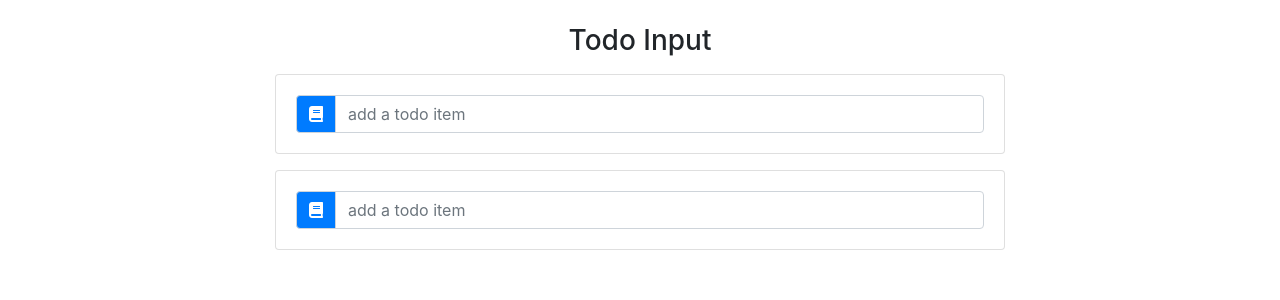
Repository: TomoyaKuroda/React-Simple-Todo-App
Page: /
An editor plug-in stored every save of this project. The page is shown before and after the next save, followed by the edit.
The browser window is 1280 px wide. The pictures show the whole page.
Some web libraries are served in a nearby version. The project was rebuilt for these pictures with package versions that can differ from the ones it lists, and the page was loaded fresh each time.

Above is the page before, as saved 2018-12-06 22:06:10.

### public/index.html
<!DOCTYPE html>
<html lang="en">

  <head>
    <meta charset="utf-8">
    <link rel="shortcut icon" href="%PUBLIC_URL%/favicon.ico">
    <meta name="viewport" content="width=device-width, initial-scale=1, shrink-to-fit=no">
    <meta name="theme-color" content="#000000">
    <!-- manifest.json provides metadata used when your web app is added to the homescreen on Android. See https://developers.google.com/web/fundamentals/web-app-manifest/ -->
    <link rel="manifest" href="%PUBLIC_URL%/manifest.json">
    <!-- Notice the use of %PUBLIC_URL% in the tags above. It will be replaced with the URL of the `public` folder during the build. Only files inside the `public` folder can be referenced from the HTML. Unlike "/favicon.ico" or "favicon.ico", "%PUBLIC_URL%/favicon.ico" will work correctly both with client-side routing and a non-root public URL. Learn how to configure a non-root public URL by running `npm run build`. -->
    <link rel="stylesheet" href="https://use.fontawesome.com/releases/v5.5.0/css/all.css" integrity="sha384-B4dIYHKNBt8Bc12p+WXckhzcICo0wtJAoU8YZTY5qE0Id1GSseTk6S+L3BlXeVIU" crossorigin="anonymous">
    <title>Todo App</title>
  </head>

  <body>
    <noscript>
      You need to enable JavaScript to run this app.
    </noscript>
    <div id="root"></div>
    <!-- This HTML file is a template. If you open it directly in the browser, you will see an empty page. You can add webfonts, meta tags, or analytics to this file. The build step will place the bundled scripts into the <body> tag. To begin the development, run `npm start` or `yarn start`. To create a production bundle, use `npm run build` or `yarn build`. -->
  </body>

</html>

### src/App.js
import React, { Component } from 'react';

import TodoInput from './components/TodoInput';
import TodoList from "./components/TodoInput";

import 'bootstrap/dist/css/bootstrap.min.css'
import uuid from 'uuid'

class App extends Component {
  render() {
    return (
      <div className="container">
      <div className="row">
      <div className="col-10 mx-auto col-md-8 mt-4">
      <h3 className="text-capitalize text-center">
      todo input
      </h3>
      <TodoInput />
            <TodoList />
      </div>

      </div>

      </div>
    );
  }
}

export default App;

### src/components/TodoInput.js
import React, { Component } from 'react'

export default class TodoInput extends Component {
  render() {
    return (
      <div className="card card-body my-3">
        <form>
        <div className="input-group">
        <div className="input-group-prepend">
        <div className="input-group-text bg-primary text-white">
        <i className="fas fa-book">
        </i>
        </div>
        </div>
        <input type="text" className="form-control"
        placeholder="add a todo item">
        </input>
        </div>
        </form>
      </div>
    )
  }
}

Loaded but not shown: src/index.js (common file); src/index.css (common file); src/serviceWorker.js (common file)

After the next save:
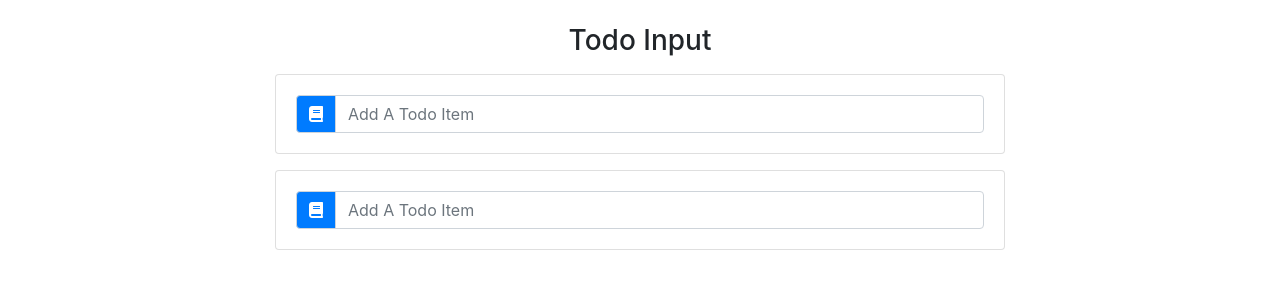
Saved 13 s later.
--- a/src/components/TodoInput.js
+++ b/src/components/TodoInput.js
@@ -12,7 +12,7 @@ export default class TodoInput extends Component {
         </i>
         </div>
         </div>
-        <input type="text" className="form-control"
+        <input type="text" className="form-control text-capitalize"
         placeholder="add a todo item">
         </input>
         </div>
